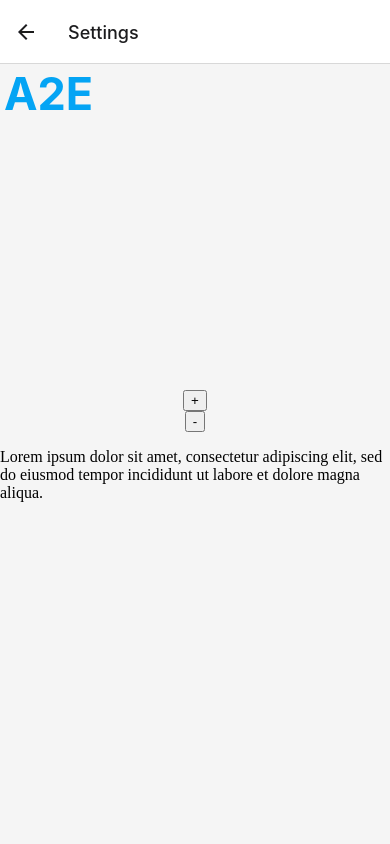
Repository: amartinM1/A2E-UI
Page: /Settings
The author's editor kept a copy of each file at every save. The page is drawn from the files as they stood at one save, then again after the next save.
The browser window is 390 px wide. The pictures show the whole page.
The app was drawn by React Native's web renderer in a window 390 px wide. The project was rebuilt for these pictures with package versions that can differ from the ones it lists, and the page was loaded fresh each time. Some packages were replaced by stand-ins written for this rebuild. Also part of the build but not shown: pages/profile.js, server/server.js, pages/home.js.

Above is the page before, as saved 2023-02-16 11:38:01.

After the next save:
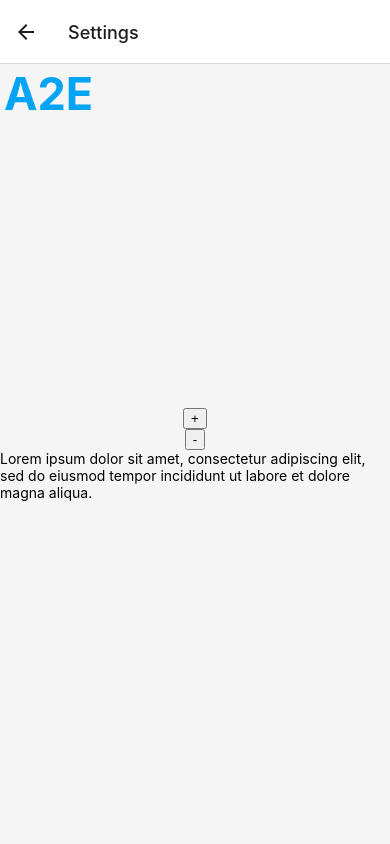
Saved 56 s later.
--- a/pages/settings.js
+++ b/pages/settings.js
@@ -21,9 +21,10 @@ function Settings({navigation}) {
                 <button onClick = {() =>setFontSize(fontSize +2)}>
                     -
                 </button>
-                <p style ={{fontSize: '${fontSize} px' }}>
+
+                <Text style ={{fontSize: '${fontSize} px' }}>
                 Lorem ipsum dolor sit amet, consectetur adipiscing elit, sed do eiusmod tempor incididunt ut labore et dolore magna aliqua.
-                </p>
+                </Text>
             </View>
         </View>
     );
